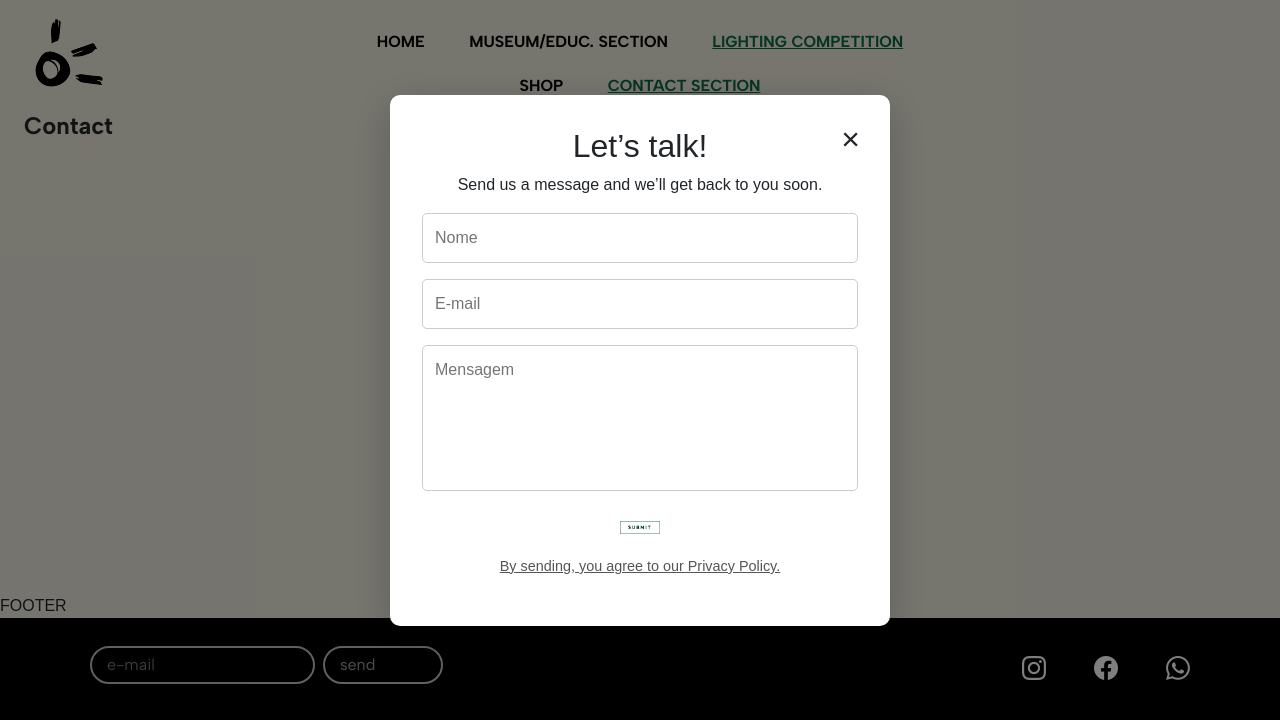
Repository: veronicamdiaz/Landing-Page-Practices
Page: contact-section.html
An editor plug-in stored every save of this project. The page is shown before and after the next save, followed by the edit.
The browser window is 1280 px wide. The pictures show the whole page.

Above is the page before, as saved 2025-06-02 16:59:18.
Console error: TypeError: Cannot read properties of null (reading 'addEventListener')

### contact-section.html
<!DOCTYPE html>
<html lang="pt-BR">
<head>
    <meta http-equiv="X-UA-Compatible" content="IE=edge">
    <meta name="viewport" content="width=device-width, initial-scale=1.0">
    <title>Landing Page</title>
    <link rel="stylesheet" href="https://cdn.jsdelivr.net/npm/bootstrap@5.3.3/dist/css/bootstrap.min.css">
    <link rel="preconnect" href="https://fonts.googleapis.com">
    <link rel="preconnect" href="https://fonts.gstatic.com" crossorigin>
    <link href="https://fonts.googleapis.com/css2?family=Pacifico&family=Roboto:wght@400;700&display=swap" rel="stylesheet">
    <link rel="stylesheet" href="https://cdn.jsdelivr.net/npm/bootstrap-icons@1.11.3/font/bootstrap-icons.min.css">
    <link href="https://fonts.googleapis.com/css2?family=Albert+Sans:ital,wght@0,100..900;1,100..900&family=Pacifico&family=Roboto+Slab:wght@100..900&family=Roboto:ital,wght@0,100;0,300;0,400;0,500;0,700;0,900;1,100;1,300;1,400;1,500;1,700;1,900&display=swap" rel="stylesheet">
    <link rel="stylesheet" href="main.css">
</head>

<body>
<header id="home-page">
    <div class="site-logo">
        <a href="index.html">
            <img src="images/logo-site.png" alt="Lightning Design Lab Logo" class="logo-img">
        </a>
    </div>

    <div class="menu" data-bs-target="#cabecalho" da
    ta-bs-smooth-scroll="true">
        <nav id="cabecalho" class="mb-2 px-4">
            <a href="index.html" class="nav-link" data-bs-toggle="tab" data-bs-target="#home-page">HOME</a>
            <a href="museum-educational-section.html" class="nav-link" data-bs-toggle="tab" data-bs-target="#museum-educational-section">MUSEUM/EDUC. SECTION</a>
            <a href="competition-section.html" class="nav-link-active" data-bs-toggle="tab" data-bs-target="#competition-section">LIGHTING COMPETITION</a>
            <a href="shop-section.html" class="nav-link" data-bs-toggle="tab" data-bs-target="#shop-section">SHOP</a>
            <a href="contact-section.html" class="nav-link" data-bs-toggle="tab" data-bs-target="#contact-section">CONTACT SECTION</a>
        </nav>
    </div>
</header>

    <main>
        <section id="interaction-section" class="mt-5">
            <h2 class="section-title p-4">Contact</h2>
        </section>
    </main>

<div id="contactSectionModal" class="contact-modal">
  <div class="contact-modal-items">
    <span class="contact-close-button" id="closeContactButton">&times;</span>
    <h2>Let’s talk!</h2>
    <p>Send us a message and we’ll get back to you soon.</p>

    <!-- Campo Nome -->
    <div class="contact-input-container">
      <input type="text" placeholder="Nome" class="contact-input" required />
    </div>

    <!-- Campo E-mail -->
    <div class="contact-input-container">
      <input type="email" placeholder="E-mail" class="contact-input" required />
    </div>

    <!-- Campo Mensagem -->
    <div class="contact-input-container">
      <textarea placeholder="Mensagem" class="contact-input" rows="5" required></textarea>
    </div>

    <!-- Botão Enviar -->
    <div class="contact-button-container">
      <button class="contact-submit-button" id="submitContactButton">
        <img src="images/submit_button.png" alt="submit-btn" />
      </button>
    </div>

    <div class="contact-cookie-policy">
      <p><u>By sending, you agree to our Privacy Policy.</u></p>
    </div>
  </div>
</div>


   FOOTER
    <footer class="bg-black py-2">
        <div class="container d-flex justify-content-between align-items-center flex-column flex-md-row">
            <div class="d-flex gap-2 align-items-center mb-2">
                <input type="email" class="btn btn-secondary" placeholder="e-mail" required
                    style="border: 2px solid rgb(192, 192, 192); border-radius: 20px; background-color: black; padding: 5px 15px; min-width: 120px; text-align: left; color: rgb(155, 155, 155);">
                <button type="submit" class="btn btn-secondary"
                    style="border: 2px solid rgb(192, 192, 192); border-radius: 20px; background-color: black; padding: 5px 15px; min-width: 120px; text-align: left; color: rgb(155, 155, 155);">
                    send
                </button>
            </div>
            <div class="d-flex gap-5 align-items-center">
                <a href="https://www.instagram.com" target="_blank" class="text-white">
                    <i class="bi bi-instagram" style="font-size: 1.5rem;"></i>
                </a>
                <a href="https://www.facebook.com" target="_blank" class="text-white">
                    <i class="bi bi-facebook" style="font-size: 1.5rem;"></i>
                </a>
                <a href="https://wa.me/" target="_blank" class="text-white">
                    <i class="bi bi-whatsapp" style="font-size: 1.5rem;"></i>
                </a>
            </div>
        </div>
    </footer>


    <script src="script.js"></script>

    <script>
        document.addEventListener("DOMContentLoaded", function () {
            const navLinks = document.querySelectorAll(".nav-link");

            // Ativa o link clicado e armazena no localStorage
            navLinks.forEach(link => {
                link.addEventListener("click", function (e) {
                    // Armazena qual link foi clicado no localStorage
                    localStorage.setItem('activeLink', e.target.getAttribute('href'));
                    // Adiciona a classe de ativo
                    navLinks.forEach(l => l.classList.remove("nav-link-active"));
                    e.target.classList.add("nav-link-active");
                });
            });

            // Verifica se há um link ativo armazenado no localStorage
            const activeLink = localStorage.getItem('activeLink');
            if (activeLink) {
                // Remove a classe 'nav-link-active' de todos os links
                navLinks.forEach(link => link.classList.remove("nav-link-active"));
                // Adiciona a classe 'nav-link-active' ao link armazenado
                document.querySelector(`a[href="${activeLink}"]`)?.classList.add("nav-link-active");
            }
        });
    </script>
</body>
</html>

### main.css
html, body {
    height: 100%;
    margin: 0;
    display: flex;
    flex-direction: column;
}

body {
    background-color: #EDEADD;
    font-family: sans-serif;
    flex: 1;
}

main {
    z-index: 5;
    flex: 1; /* ocupa todo o espaço entre o header e o footer */
    display: flex;
    flex-direction: column;
    background-color: transparent;
}

header {
    height: auto;
    position: relative;
    display: flex;
    flex-direction: column;
    align-items: center;
    padding-bottom: 40px; /* ou ajuste conforme necessário */

}

.site-logo {
    z-index: 100; /* Aumente se necessário */
    position: fixed;
    top: 10px;
    left: 20px;
}

.interaction-section {
    z-index: 5;
}

.logo-img {
    height: auto;
    display: block;
}

.container {
    padding: 20px;
}

/* #webgl-container {
    display: flex;
    justify-content: center;
    align-items: center;
    width: 100%;
    height: 100%;
    overflow: hidden;
    background-color: #f5f5f5;
} */

#home-page {
    width: 100%;
    justify-content: center;
    align-items: center;
}



/* .square {
    width: 200px;
    height: 200px;
    background-color: rgb(255, 255, 255);
    position: relative;
} */

.square::before,
.square::after {
    content: "";
    position: absolute;
    width: 100%;
    height: 1px;
}

/* .square::before {
    top: 50%;
    transform: translateY(-50%);
    transform-origin: left;
    transform: rotate(45deg);
}

.square::after {
    left: 50%;
    transform: translateX(-50%);
    transform-origin: top;
    transform: rotate(-45deg);
}
*/
nav {
    font-family: 'Albert Sans';
    font-weight: bold;
    left: 50%;
    top: 10px; /* Mantém um pequeno espaçamento do topo */
    transform: translateX(-50%);
    gap: 20px;
    display: inline-block;
    font-size: 16px;
    align-items: center;
    justify-content: center;
    z-index: 10;
    padding: 10px 20px;
    height: auto;
}


nav a {
    text-decoration: none;
    font-weight: bold;
    background-color: none;
    height: auto !important;
}

.nav-link {
    color: black; /* Cor padrão */
    transition: color 0.3s ease;
}

.nav-link-active {
    color: #0b6945 !important; /* Cor do botão ativo */
    font-weight: bold;
    text-decoration: underline;
}


#cabecalho {
    position: fixed;
    text-align: center; /* Centraliza os links */
    height: auto;
    gap: 20px;
    z-index: 10px;
}

#cabecalho a {
    display: inline-block;
    padding: 10px 20px; /* Para não ficarem colados */
    height: auto;
}

.card {
    display: flex;
    align-items: center;
    padding: 40px;
    width: 100%;
    height: 100%;
    max-width: 1200px;
    margin: 0 auto;
    border-radius: 12px;
    border: 1px solid black;
}

.row {
    flex-wrap: wrap; /* Para quebrar corretamente em telas pequenas */
    justify-content: space-between; /* Garante espaçamento uniforme */
}

.card img {
    background-color: none;
    width: 100%;
    height: 100%;
    object-fit: cover;
}

.card h3 {
    font-size: 14px;
    font-family: 'Albert Sans';
    color: #666;
    font-weight: bold;
}
.card p {
    margin-top: 10px;
    font-size: 12px;
    color: #666;
    font-family: 'Albert Sans';
}

.card.reverse {
    flex-direction: column-reverse;
}

.section-title {
    font-family: 'Albert Sans';
    font-weight: bold;
    font-size: 1.5em;
}

#nova-secao {
    font-family: 'Albert Sans';
}

.text-white {
    font-family: 'Albert Sans';
    font-size: .3em;
    font-weight: bold;
    color: white;
}


.btn-seemore {
    text-transform: uppercase;
    text-decoration: underline;
    background: none;
    border: none;
    color: white;
    font-size: 1rem;
    cursor: pointer;
}

.card-label {
    font-family: 'Albert Sans', sans-serif;
    font-size: 0.9rem;
    color: #999;
    letter-spacing: 1px;
    margin-bottom: 2px; /* Diminuir aqui! */
}


.custom-card img {
    width: 40%;
    max-width: 300px;
    object-fit: cover;
}

.custom-card .card-content {
    width: 60%;
    padding: 20px;
}

.custom-card h3 {
    font-weight: bold;
    margin-bottom: 8px;
    font-size: 18px;
}

.custom-card.left {
    flex-direction: row;
    border: 1px solid black;
    background-color: transparent;
}

.custom-card.right {
    flex-direction: row-reverse;
    border: 1px solid black;
    background-color: transparent;
}

.custom-card p {
    font-size: 14px;
    line-height: 1.6;
}

.card-label {
    font-size: 14px;
    line-height: 1.6;
    font-family: 'Albert Sans';
}


footer {
    padding: 2px 0; /* Reduzindo a altura do footer */
    font-size: 0.8rem; /* Diminuindo tamanho do texto */
    font-family: 'Albert Sans', sans-serif;
}

.icon {
    max-width: 30px; /* Ajuste o tamanho máximo conforme necessário */
    max-height: 30px; /* Ajuste o tamanho máximo conforme necessário */
    width: auto; /* Mantém a proporção */
    height: auto; /* Mantém a proporção */
    object-fit: contain; /* Garante que a imagem se ajuste ao espaço sem distorção */
    margin-bottom: 10px;
}


#competition-section .container {
    width: 100vw;
    overflow: hidden;
}

#img-interativa {
    width: 100%;
    object-fit: cover;
    display: block;
}

.title-container .section-title {
    flex: 1;
    margin: 0;
}

/* “spacer” vazio só para manter o flex funcionando igual */
.title-container .spacer {
  width: 60px; /* ou o tamanho que você precisar para “fechar” o espaço */
}

/*contact section style */
.contact-modal {
  position: fixed;
  top: 0;
  left: 0;
  width: 100vw;
  height: 100vh;
  display: flex;
  justify-content: center;
  align-items: center;
  background-color: rgba(0, 0, 0, 0.5); /* fundo escurecido */
  z-index: 998;
}

.contact-modal-items {
  background-color: #fff;
  padding: 2rem;
  border-radius: 10px;
  width: 90%;
  max-width: 500px;
  box-shadow: 0 10px 40px rgba(0, 0, 0, 0.2);
  text-align: center;
  position: relative;
}

.contact-close-button {
  position: absolute;
  top: 20px;
  right: 30px;
  font-size: 2rem;
  cursor: pointer;
}

.contact-input-container .contact-input {
  width: 100%;
  padding: 0.75rem;
  margin-bottom: 1rem;
  border: 1px solid #ccc;
  border-radius: 5px;
  font-family: inherit;
  resize: none;
}

.contact-submit-button {
  background: none;
  border: none;
  cursor: pointer;
}

.contact-submit-button img {
  width: 40px;
  height: auto;
}

.contact-cookie-policy p {
  font-size: 0.9rem;
  margin-top: 1rem;
  color: #555;
}



@media (max-width: 768px) {
    .site-logo {
        top: 5px;
        left: 10px;
        position: fixed;
    }

    .logo-img {
        width: 40px;
    }

    nav {
        position: fixed;
        font-family: 'Albert Sans';
        font-weight: bold;
        gap: 20px;
        font-size: 10px;
        justify-content: center;
        text-align: right;
        display: flex;
        z-index: 1;
        padding: 4px 12px;
    }

    .home-image {
        width: 100%;
        height: auto;
        content: (url(images/fundositemenor_prancheta.png));
        }

    #home-page {
        justify-content: center;
        align-items: center;
    }

    .img-responsiva {
        height: auto;
    }

    .nav-links {
        flex-direction: column;
        gap: 15px;
        text-align: center;
    }

    .navbar-toggler {
        display: block; /* Mostra o botão hambúrguer */
        background: none;
        border: none;
        cursor: pointer;
    }

    .navbar-toggler i {
        color: black;
    }


    .card {
        text-align: center;
        flex-direction: column;
    }

    .card img {
        width: 70%;
    }

    .card .card-content {
        width: 70%;
    }

    .custom-card {
        flex-direction: column !important;
        text-align: center;
    }

    .custom-card img {
        width: 70%;
    }

    .custom-card .card-content {
        width: 70%;
    }


    footer .container {
        flex-direction: column;
        text-align: center;
    }

    footer form {
        flex-direction: column;
        width: 70%;
        align-items: center;
    }

    footer form input,
    footer form button {
        width: 90%; /* Mantém a aparência proporcional */
    }

    footer .d-flex.gap-5 {
        gap: 20px; /* Ajusta o espaçamento dos ícones */
        justify-content: center;
        margin-top: 10px;
    }
}

### script.js
document.addEventListener('DOMContentLoaded', function () {
  // Código para a troca de imagem
  const imagem = document.getElementById('img-interativa');
  let estado = 'inicial';

  console.log('Imagem carregada:', imagem);

  imagem.addEventListener('click', function () {
    console.log('Imagem clicada. Estado atual:', estado);

    if (estado === 'inicial') {
      imagem.src = './images/lights drawings2-05-05-05.jpg';
      estado = 'alterada';
    } else {
      imagem.src = './images/lights drawings2-09-09-09.jpg';
      estado = 'inicial';
    }

    console.log('Novo estado:', estado);
  });
});

function updateImage() {
  let homeImage = document.querySelector('.home-image');
  if (window.innerWidth <= 768) {
      homeImage.src = "images/fundositemenor_prancheta.png"; // Imagem menor
  } else {
      homeImage.src = "images/fundosite.png"; // Imagem padrão
  }
}

document.addEventListener("DOMContentLoaded", function () {
  const navLinks = document.querySelectorAll(".nav-link");
  const currentURL = window.location.pathname.split("/").pop(); // Pega só o nome do arquivo, ex: 'shop-section.html'

  navLinks.forEach(link => {
    const linkHref = link.getAttribute("href");

    // Verifica se o link aponta para a mesma página
    if (
      linkHref === currentURL ||                     // Exato match
      (linkHref === "index.html" && currentURL === "") || // Caso especial para index
      (linkHref !== "#" && currentURL.includes(linkHref)) // Links internos com hash (#)
    ) {
      link.classList.add("nav-link-active");
    } else {
      link.classList.remove("nav-link-active");
    }
  });
});


// Verifica quando a página carrega
window.onload = updateImage;

// Verifica quando a tela redimensiona
window.onresize = updateImage;

// <-- Fechando corretamente a função de 'DOMContentLoaded'


  /*
  // Inicialização do modelo 3D
  let mouseX = 0, mouseY = 0;
  const container = document.getElementById('webgl-container');
  const renderer = new THREE.WebGLRenderer({ antialias: true });
  renderer.setSize(window.innerWidth, window.innerHeight);
  container.appendChild(renderer.domElement);  // Adiciona o renderizador dentro de #webgl-container

  const scene = new THREE.Scene();

  // Criar um cubo maior
  const geometry = new THREE.BoxGeometry(2, 2, 2); // Aumentei o tamanho do cubo (2x2x2)
  const material = new THREE.MeshStandardMaterial({ color: 0x00ff00, roughness: 0.5, metalness: 0.7 });
  const cube = new THREE.Mesh(geometry, material);
  scene.add(cube);
  scene.background = new THREE.Color(0xF5F5F5);  // Cor de fundo #F5F5F5

   // Definir a posição do cubo para ficar mais para cima
   cube.position.y = 1; // Aqui é onde ajustamos a posição vertical do cubo

   // Melhorar a qualidade aumentando a resolução
  renderer.setPixelRatio(window.devicePixelRatio); // Usa a resolução nativa do dispositivo

  // Câmera
  const camera = new THREE.PerspectiveCamera(75, window.innerWidth / window.innerHeight, 0.1, 1000);
  camera.position.z = 5;  // Posicionando a câmera para visualizar o cubo maior

  // Adicionar luz ambiente
  const light = new THREE.AmbientLight(0x404040); // luz suave
  scene.add(light);

  // Adicionar luz direcional
  const directionalLight = new THREE.DirectionalLight(0xffffff, 1);
  directionalLight.position.set(5, 5, 5).normalize();
  scene.add(directionalLight);

  // Função de animação
  function animate() {
    requestAnimationFrame(animate);

    // A rotação do cubo será controlada pela posição do mouse
    cube.rotation.x = mouseY * Math.PI; // Multiplica a posição Y do mouse por pi
    cube.rotation.y = mouseX * Math.PI; // Multiplica a posição X do mouse por pi

    renderer.render(scene, camera);
  }

  animate();

  // Função para ajustar o tamanho do renderizador e atualizar a câmera
function onWindowResize() {
  const width = window.innerWidth;
  const height = window.innerHeight;

  // Atualiza as proporções da câmera
  camera.aspect = width / height;
  camera.updateProjectionMatrix();

  // Ajusta o tamanho do renderizador
  renderer.setSize(width, height);
}

// Adiciona um event listener para chamar a função sempre que a janela for redimensionada
window.addEventListener('resize', onWindowResize, false);

// Chama a função uma vez para configurar inicialmente
onWindowResize();

  // Redimensionar o renderizador quando a janela for redimensionada
  window.addEventListener('resize', () => {
    renderer.setSize(window.innerWidth, window.innerHeight);
    camera.aspect = window.innerWidth / window.innerHeight;
    camera.updateProjectionMatrix();
  });

  // Captura o movimento do mouse
  function onMouseMove(event) {
    // Normaliza a posição do mouse (de -1 a 1 para cada eixo)
    mouseX = (event.clientX / window.innerWidth) * 2 - 1;
    mouseY = -(event.clientY / window.innerHeight) * 2 + 1;
  }

  // Adiciona o ouvinte para o movimento do mouse
  window.addEventListener('mousemove', onMouseMove, false);
});

*/

After the next save:
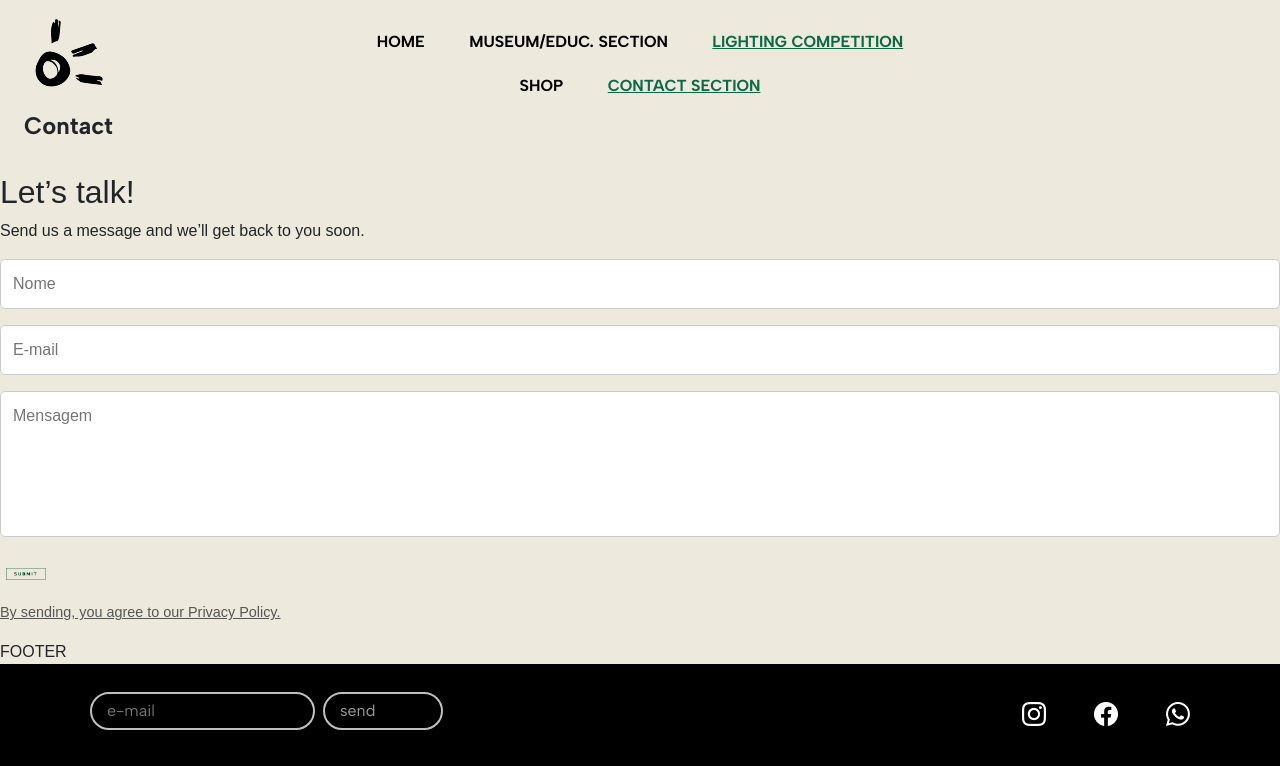
Saved 3 min 11 s later.
--- a/contact-section.html
+++ b/contact-section.html
@@ -39,9 +39,8 @@
         </section>
     </main>
 
-<div id="contactSectionModal" class="contact-modal">
-  <div class="contact-modal-items">
-    <span class="contact-close-button" id="closeContactButton">&times;</span>
+<section class="contact-section">
+  <div class="contact-container">
     <h2>Let’s talk!</h2>
     <p>Send us a message and we’ll get back to you soon.</p>
 
@@ -71,7 +70,7 @@
       <p><u>By sending, you agree to our Privacy Policy.</u></p>
     </div>
   </div>
-</div>
+</section>
 
 
    FOOTER
